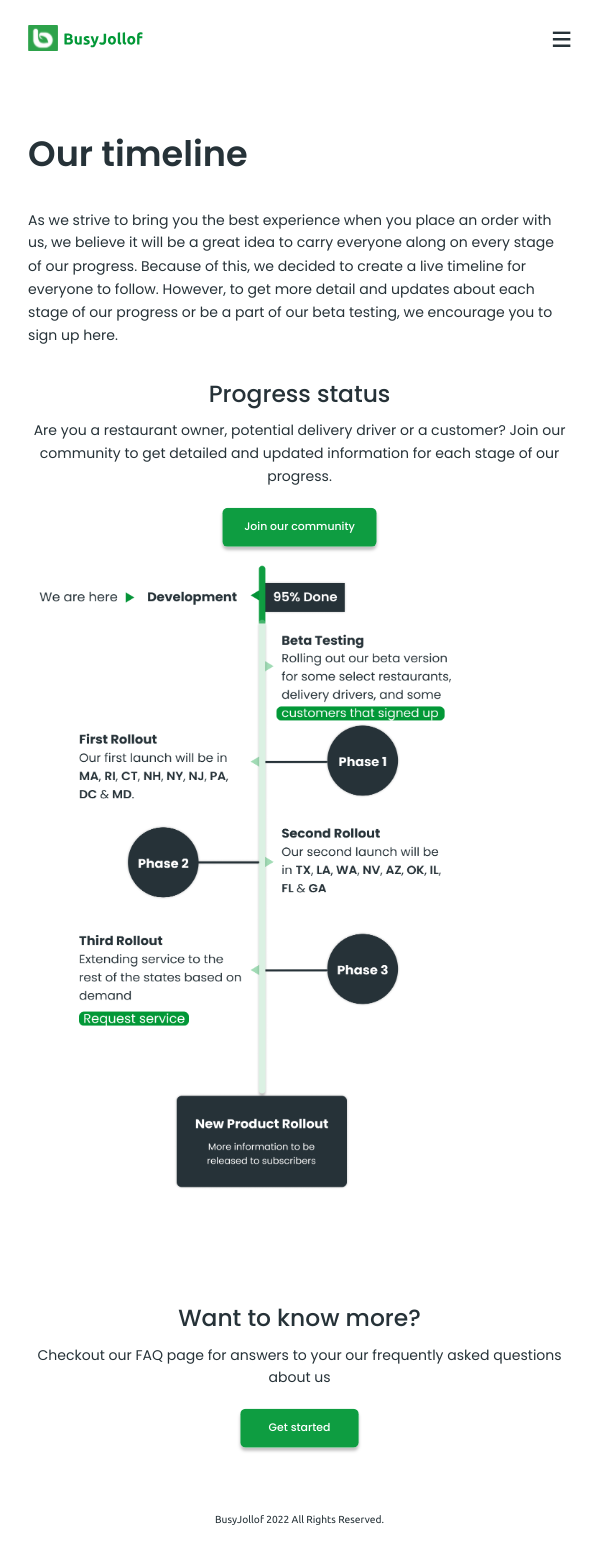
Repository: Busy-Jollof/bjuser-landing-page
Page: timeline.html
The author's editor kept a copy of each file at every save. The page is drawn from the files as they stood at one save, then again after the next save.
The browser window is 768 px wide. The pictures show the whole page, at 78% of full size.

Above is the page before, as saved 2023-02-05 18:35:45.

### timeline.html
<!DOCTYPE html>
<html lang="en">
  <head>
    <!-- Required meta tags -->
    <meta charset="utf-8" />
    <meta name="viewport" content="width=device-width, initial-scale=1" />

    <!-- Bootstrap CSS -->
    <link href="assets/css/bootstrap.min.css" rel="stylesheet" />
    <link href="assets/css/all.min.css" rel="stylesheet" />
    <link href="assets/css/fontawesome.css" rel="stylesheet" />
    <link href="assets/css/style.css" rel="stylesheet" />
    <link href="assets/css/responsive.css" rel="stylesheet" />

    <title>BusyJollof - Timeline</title>
  </head>

  <body>
    <!--------- Offcanvas area start --------->
    <div class="offcanvas-area">
      <div class="menu-close">
        <i class="far fa-times"></i>
      </div>
      <div class="offcanvas-menu">
        <div class="main-menu">
          <ul class="d-block">
            <li><a href="index.html">Home</a></li>
            <li><a href="about.html">About us</a></li>
            <li><a href="timeline.html" class="active">Our timeline</a></li>
            <li><a href="launch.html">Launch with us</a></li>
            <li><a href="contact.html">Contact us</a></li>
          </ul>
        </div>
      </div>
    </div>

    <div class="offcanvas-overlay"></div>
    <!--------- Offcanvas area end --------->

    <!--------- Header area start --------->
    <header class="header">
      <div class="container d-flex justify-content-between align-items-center">
        <div class="header__logo">
          <a href="index.html"><img src="assets/img/logo.svg" alt="" /></a>
        </div>
        <nav class="header__nav d-none d-lg-block">
          <ul class="m-0 p-0 d-flex align-items-center justify-content-end">
            <li><a href="index.html">Home</a></li>
            <li><a href="about.html">About us</a></li>
            <li><a href="timeline.html" class="active">Our timeline</a></li>
            <li><a href="launch.html">Launch with us</a></li>
            <li><a href="contact.html">Contact us</a></li>
          </ul>
        </nav>
        <!-- mobile-bar -->
        <div class="mobo-bar d-lg-none">
          <span class="bar">
            <img src="assets/img/bar.svg" alt="" />
          </span>
        </div>
        <!-- mobile-bar-end -->
      </div>
    </header>
    <!--------- Header area end --------->

    <!--------- Main area start --------->
    <main class="main">
      <!--------- Timeline area start --------->
      <section class="timeline--area content__area">
        <div class="container">
          <div class="content">
            <h3>Our timeline</h3>
            <p>
              As we strive to bring you the best experience when you place an
              order with us, we believe it will be a great idea to carry
              everyone along on every stage of our progress. Because of this, we
              decided to create a live timeline for everyone to follow. However,
              to get more detail and updates about each stage of our progress or
              be a part of our beta testing, we encourage you to sign up here.
            </p>
            <div class="content text-center pt-4">
              <h4>Progress status</h4>
              <div class="row justify-content-center">
                <div class="col-lg-9">
                  <p>
                    Are you a restaurant owner, potential delivery driver or a
                    customer? Join our community to get detailed and updated
                    information for each stage of our progress.
                  </p>
                </div>
              </div>
              <div class="content-btn">
                <a href="" class="common-btn">Join our community</a>
              </div>
            </div>

            <div class="timline-wrapper py-lg-5 py-4">
              <div
                class="
                  timeline-wrapp
                  d-flex
                  align-items-center
                  justify-content-center
                "
              >
                <img
                  src="assets/img/timeline-desktop2.png"
                  class="img-fluid d-none d-md-block"
                  alt=""
                />
                <img
                  src="assets/img/timeline-mobo.png"
                  class="img-fluid d-md-none"
                  alt=""
                />
              </div>
              <!-- timeline-item -->
              <!-- <div class="timeline-item">
                            <div class="timeline-content">
                                <p>First Rollout</p>
                                <p>Our first launch will be in <strong>MA, RI, CT, NH, NY, NJ, PA, DC & MD</strong>. <span class="mark">marktext</span> </p>
                            </div>
                            <div class="timeline-ind">
                                <span class="ind-line"></span>
                                <div class="ind-circle">
                                    Phase 1
                                </div>
                            </div>
                        </div> -->
              <!-- timeline-item-end -->
            </div>
          </div>
        </div>
      </section>
      <!--------- Timeline area end --------->

      <!--------- CTA area start --------->
      <section class="cta__area">
        <div class="container">
          <div class="content text-center">
            <h4>Want to know more?</h4>
            <p>
              Checkout our FAQ page for answers to your our frequently asked
              questions about us
            </p>
            <div class="content-btn">
              <a href="" class="common-btn"
                ><span class="px-2">Get started</span></a
              >
            </div>
          </div>
        </div>
      </section>
      <!--------- CTA area end --------->
    </main>
    <!--------- Main area end --------->

    <!--------- Footer area start --------->
    <footer class="footer">
      <div class="container">
        <div class="copyright">BusyJollof 2022 All Rights Reserved.</div>
      </div>
    </footer>
    <!--------- Footer area end --------->

    <script src="assets/js/jquery.min.js"></script>
    <script src="assets/js/bootstrap.min.js"></script>
    <script src="assets/js/popper.js"></script>
    <script src="assets/js/main.js"></script>
    <script></script>
  </body>
</html>

### assets/css/style.css
/* Base CSS */
@import url('https://fonts.googleapis.com/css2?family=Poppins:wght@300;400;500;600;700&family=Ubuntu:wght@300;400;500;700&display=swap');

.alignleft {
    float: left;
    margin-right: 15px;
}

.alignright {
    float: right;
    margin-left: 15px;
}

.aligncenter {
    display: block;
    margin: 0 auto 15px;
}

a:focus {
    outline: 0 solid
}

img {
    max-width: 100%;
    height: auto;
}

h1, h2, h3, h4, h5, h6 {
    margin: 0 0 15px;
    color: #263238;
    font-family: 'Ubuntu', sans-serif;
}

body {
    color: #263238;
    font-weight: 400;
    font-size: 18px;
    font-family: 'Poppins', sans-serif;
}

.selector-for-some-widget {
    box-sizing: content-box;
}

a:hover {
    text-decoration: none
}


/*---------------------- Header area start ----------------------*/

.menu-close {
    font-size: 22px;
    color: #3d424e;
    position: absolute;
    top: 18px;
    left: 19px;
    cursor: pointer;
    transition: .4s;
    display: none;
}

.menu-close:hover {
    color: #2AB66A;
}

.offcanvas-area {
    position: fixed;
    right: -100%;
    height: auto;
    width: 255px;
    background: #EBEBEB;
    z-index: 6;
    padding-top: 35px;
    -webkit-transition: .4s;
    transition: .4s;
    visibility: hidden;
    padding: 35px 35px 88px;
    border-radius: 4px;
}

.offcanvas-area.active {
    right: 0px;
    visibility: visible;
}

.offcanvas-area .main-menu ul li a {
    font-weight: 500;
    font-size: 15px;
    line-height: 22px;
    color: #263238;
    text-decoration: none;
    padding: 11px 0px;
    display: block;
}

.offcanvas-area .main-menu ul li a:hover, .offcanvas-area .main-menu ul li a[aria-expanded="true"] {
    color: #2AB66A;
}

.offcanvas-menu .main-menu ul {
    display: block;
    padding-left: 0;
    margin: 0;
    padding: 0;
    list-style: none;
}

.offcanvas-overlay {
    position: fixed;
    width: 100%;
    height: 100%;
    background-color: #000;
    opacity: 0;
    visibility: hidden;
    -webkit-transition: .4s;
    transition: .4s;
    z-index: 5;
}

.offcanvas-overlay.active {
    opacity: .9;
    visibility: visible;
}

.menu-open {
    font-size: 27px;
    color: #2AB66A;
    display: none;
    cursor: pointer;
    position: relative;
    top: 2px;
    margin-left: 20px;
    margin-right: 8px;
}

.offcanvas-menu .common-btn {
    font-size: 17px;
    padding: 9px 30px;
    border-radius: 12px;
}

.subb-menu {
    padding-left: 10px;
}

.offcanvas-area .main-menu .subb-menu a {
    font-size: 16px;
    margin: 0px;
    padding-left: 10px;
    margin-left: 26px;
    margin-bottom: 10px;
}

.offcanvas-area .main-menu .subb-menu a:last-child {
    margin-bottom: 20px;
}

.header {
    position: relative;
    padding: 32px 0;
    background: #fff;
    transition: .3s;
    z-index: 111;
}

.header__nav ul {
    list-style: none;
}

.header__nav ul li a {
    padding: 11px 20px;
    font-family: 'Poppins';
    font-style: normal;
    font-weight: 500;
    font-size: 14px;
    line-height: 1.13;
    text-align: center;
    transition: .3s;
    color: #000000;
    text-decoration: none;
    display: inline-block;
    margin-left: 12px;
    border-radius: 7px;
}

.header__nav ul li a.active {
    color: #fff !important;
    background: #029837f2;
}

.header__nav ul li a:hover {
    color: #029837f2;
}

/*---------------------- Header area end ----------------------*/


/*---------------------- Hero area start ----------------------*/
.hero__wrapper {
    background: #263238;
    box-shadow: 0px 4px 4px rgba(0, 0, 0, 0.25);
    border-radius: 7px;
    color: #fff;
    overflow: hidden;
}

.hero__thumb {
    height: 100%;
}

.hero__thumb img {
    width: 100%;
    height: 100%;
    object-fit: cover;
    border-radius: 0 7px 7px 0;
}

.hero__wrapper .col-lg-5 {
    max-width: 47%;
    width: 47%;
}

.hero__wrapper .col-lg-7 {
    max-width: 53%;
    width: 53%;
}

.hero__content {
    max-width: 504px;
    margin: 0 auto;
}

.hero__content__wrapper {
    height: 100%;
    display: flex;
    align-items: center;
    justify-content: center;
}

.hero__content h6 {
    font-family: 'Poppins';
    font-style: normal;
    font-weight: 500;
    font-size: 18px;
    line-height: 1.1;
    text-align: start;
    color: #FFFFFF;
    margin-bottom: 9px;
}

.hero__content h2 {
    font-style: normal;
    font-weight: 700;
    font-size: 65px;
    line-height: 1;
    color: #FFFFFF;
    text-shadow: 0px 4px 4px rgba(0, 0, 0, 0.25);
    margin-bottom: 12px;
}

.hero__content h3 {
    font-family: 'Poppins';
    font-style: normal;
    font-weight: 600;
    font-size: 32px;
    line-height: 1.1;
    color: #E6E6E6;
    margin-bottom: 10px;
}

.hero__content h6 span {
    margin-right: 5px;
    position: relative;
    top: -1px;
}

.text-green {
    color: #029837F2 !important;
}

.text-yellow {
    color: #FE8200 !important;
}

.hero__content h5 {
    font-family: 'Poppins';
    font-style: normal;
    font-weight: 500;
    font-size: 20px;
    line-height: 1.2;
    color: #FFFFFF;
    margin-bottom: 32px;
}

.hero__content p {
    font-family: 'Poppins';
    font-style: normal;
    font-weight: 500;
    font-size: 14px;
    line-height: 21px;
    color: #FFFFFF;
    margin-bottom: 26px;
}

.common-btn {
    font-family: 'Poppins';
    font-style: normal;
    font-weight: 500;
    font-size: 14px;
    line-height: 1.13;
    text-align: center;
    color: #FFFFFF;
    transition: .3s;
    text-decoration: none;
    background: rgba(2, 152, 55, 0.95);
    box-shadow: 0px 4px 4px rgba(0, 0, 0, 0.25);
    border-radius: 7px;
    display: inline-block;
    padding: 15px 26px;
    border: 2px solid transparent;
}
.common-btn.common-btn-lg{
    font-size: 18px;
    font-weight: 600;
    padding: 14px 50px;
}

.common-btn.btn-bordered {
    background: #FFFFFF;
    border: 2px solid #029837f2;
    box-shadow: 0px 4px 4px rgba(0, 0, 0, 0.25);
    border-radius: 7px;
    color: #029837f2;
}

.common-btn:hover {
    background: #263238;
    color: #fff;
}

.common-btn.btn-bordered:hover {
    background-color: #029837f2;
    color: #fff;
}

.hero__btns a {
    margin-right: 19px;
}

.common-btn.hover-white:hover {
    background-color: #fff;
    color: #263238;
}

/*---------------------- Hero area end ----------------------*/


/*---------------------- Working area start ----------------------*/
.working__area {
    padding: 110px 0;
}

.working__wrapper {
    background: radial-gradient(12.31% 45.25% at 53.44% 54.75%, rgba(2, 53, 20, 0.2) 7.81%, rgba(2, 152, 55, 0.138) 100%);
    box-shadow: 0px 0px 4px rgba(0, 0, 0, 0.25);
    border-radius: 7px;
    margin-left: 15px;
}

.working__content {
    max-width: 430px;
}

.common-content h4 {
    font-family: 'Poppins';
    font-style: normal;
    font-weight: 600;
    font-size: 23px;
    line-height: 1.1;
    color: #263238;
    margin-bottom: 10px;
}

.common-content p {
    font-weight: 500;
    font-size: 13px;
    line-height: 20px;
    color: #263238;
}

.common-content-btn {
    padding-top: 11px;
}

.common-btn.btn-dark {
    background: #263238;
}

.common-btn.btn-dark:hover {
    background: #039337;
    color: #fff;
    border-color: #039337;
}

.working__thumb {
    position: relative;
    z-index: 1;
    margin-top: -30px;
    margin-bottom: -30px;
    margin-left: -14px;
}

/*---------------------- Working area end ----------------------*/


/*---------------------- Launch area start ----------------------*/
.launch__wrapper {
    background: radial-gradient(53.47% 53.47% at 50.04% 46.53%, #263238 18.75%, rgba(38, 47, 56, 0.921026) 77.06%, rgba(38, 45, 56, 0.86) 100%);
    box-shadow: 0px 0px 4px rgba(0, 0, 0, 0.25);
    border-radius: 7px;
    padding: 72px 19px;
}

.launch__content {
    max-width: 520px;
    margin-left: auto;
    margin-right: 30px;
}

label.form-label{
    font-weight: 600;
    font-size: 18px;
    line-height: 27px;
    color: #263238;
}
label.form-label sup{
    color: #029837F2;
    top: 0px;
}

.fw-medium{
    font-weight: 500 !important;
}
input.form-control{
    border: 2px solid #029837F2;
    border-radius: 3px;
    box-shadow: none !important;
}
textarea.form-control{
    border: 2px solid #029837F2;
    border-radius: 3px;
    box-shadow: none !important;
    resize: none;
}
textarea.form-control:focus{
    border-color: #029837F2;
}
input.form-control:focus{
    border-color: #029837F2;
}
.check-item input{
    display: none;
}
.check-item input:checked ~ label span.check-ind{
    background: #029837;
}
.check-item label{
    display: flex;
    align-items: center;
    cursor: pointer;
}
.check-item label span.check-ind{
    flex: 0 0 auto;
    width: 15px;
    height: 15px;
    background: #FFFFFF;
    border: 2px solid rgba(2, 152, 55, 0.95);
    border-radius: 4px;
    margin-right: 10px;
    position: relative;
}
.check-item label span.check-ind::after
.check-item label span.check-text{
    font-weight: 500;
    font-size: 15px;
    line-height: 22px;
}
.check-item label span.check-text sup img{
    max-width: 100%;
}




.launch__form p{
    font-size: 15px !important;
}
.launch__form p.small {
    font-size: 12px !important;
    line-height: 18px;
}
.launch__form h5{
    font-weight: 600;
    font-size: 20px;
    line-height: 30px;
}
.launch__form h5 sup{
    color: #029837F2;
}
.launch__form{
    margin-bottom: 60px;
}





/*---------------------- Launch area end ----------------------*/


/*---------------------- Newsletter area start ----------------------*/
.newsletter__wrapper {
    background: #029837;
    box-shadow: 0px 4px 4px rgba(0, 0, 0, 0.25);
    border-radius: 7px;
    padding: 60px 20px;
    text-align: center;
    max-width: 690px;
    margin: 0 auto;
}

.newsletter__area {
    padding-top: 80px;
    padding-bottom: 60px;
}

.newsletter__box {
    max-width: 405px;
    margin: 0 auto;
}

.newsletter__box h5 {
    font-weight: 500;
    font-size: 18px;
    line-height: 1.1;
    text-align: center;
    color: #FFFFFF;
    margin-bottom: 10px;
}

.newsletter__box p {
    font-weight: 400;
    font-size: 13px;
    line-height: 1.6;
    text-align: center;
    color: #FFFFFF;
    margin-bottom: 22px;
}

.newsletter__form {
    max-width: 332px;
    margin: 0 auto;
    display: flex;
    align-items: center;
    justify-content: center;
}

.newsletter__form input {
    background: #DADADA;
    border-radius: 7px 0px 0px 7px;
    padding: 5px 15px;
    border: 0;
    outline: none;
    height: 42px;
    width: 100%;
    font-style: normal;
    font-weight: 400;
    font-size: 12px;
    line-height: 15px;
}

.newsletter__form .common-btn {
    font-weight: 500;
    font-size: 11px;
    line-height: 15px;
    height: 42px;
    border-radius: 0 5px 5px 0;
    padding: 0;
    width: 100px;
    border: 1px solid #263238 !important;
}

.newsletter__form .common-btn:hover {
    background: #dadada;
    color: #000;
}

/*---------------------- Newsletter area end ----------------------*/


/*---------------------- Content area start ----------------------*/
.content__area {
    padding: 75px 0;
}

.content h3 {
    font-family: 'Poppins';
    font-style: normal;
    font-weight: 600;
    font-size: 45px;
    line-height: 1.1;
    color: #263238;
    margin-bottom: 44px;
}

.content p {
    font-family: 'Poppins';
    font-style: normal;
    font-weight: 400;
    font-size: 18px;
    line-height: 1.65;
    color: #263238;
    margin-bottom: 20px;

    @media (max-width: 991px) {

    }
}

.about--area::after {
    clip-path: polygon(76% 0, 100% 66%, 68% 100%, 0 100%, 0 41%);
    position: absolute;
    bottom: 50px;
    left: 0;
    width: 100%;
    height: calc(100% - 120px);
    content: '';
    z-index: -1;
    background: rgba(2, 152, 55, 0.07);
    border-radius: 20px;
}

.about--area {
    position: relative;
    z-index: 1;
}

.content h4 {
    font-family: 'Poppins';
    font-style: normal;
    font-weight: 500;
    font-size: 30px;
    line-height: 1.1;
}

.content-btn {
    padding-top: 5px;
}

.cta__area {
    padding-top: 50px;
    padding-bottom: 140px;
}

.launch-icon {
    position: relative;
    max-width: 149px;
    margin-left: -75px;
    display: inline-block;
    top: -35px;
    height: 0;
    z-index: -1;
}

.faq__item h5 {
    font-family: 'Poppins';
    font-style: normal;
    font-weight: 700;
    font-size: 18px;
    line-height: 1.2;
    color: rgba(2, 152, 55, 0.95);
    margin-bottom: 10px;
}

.faq__item {
    padding-bottom: 15px;
}

.faq__item h5 span {
    color: #263238;
}

/*---------------------- Content area end ----------------------*/


/*---------------------- constat area start ----------------------*/
.contact-padding{
    padding: 40px 0px 150px;
}
.contact__wrapper h2{
    font-size: 45px;
    margin-bottom: 20px;
    font-family: 'Poppins';
    font-weight: 600;
}
.contact__wrapper p{
    font-size: 16px;
    font-weight: 500;
    margin-bottom: 20px;
}
.contact__form label.form-label{
    margin-bottom: 3px;
    font-size: 16px;

}
.contact__form .check-item label span.check-text{
    font-size: 15px;
    font-weight: 500;
}
.contact-inner {
    background-size: 64%;
    background-repeat: no-repeat;
    background-position: 113% 90px;
}
.contact-inner p.small{
    font-size: 12px;
    font-weight: 500;
}


/*---------------------- constat area end ----------------------*/





/*---------------------- Footer area start ----------------------*/
.footer {
    padding-bottom: 45px;
}

.copyright {

    font-family: 'Ubuntu';
    font-style: normal;
    font-weight: 400;
    font-size: 13.1125px;
    line-height: 14px;
    text-align: center;

    color: #263238;
}

/*---------------------- Footer area end ----------------------*/





/* -------------------------- timeline-start ------------------------------ */

.timline-wrapper{

}

.timeline-item{
    max-width: 500px;
    margin: 0 auto;
    display: flex;
    align-items: center;
}

.timeline-content{
    flex: 0 0 auto;
    width: 50%;
}
.timeline-ind{
    flex: 0 0 auto;
    width: 50%;
}


/* -------------------------- timeline-end ------------------------------ */

### assets/css/responsive.css
/* Normal desktop :1499px. */
@media (max-width: 1499px) {
}

/* Normal desktop :1399px. */
@media (max-width: 1399px) {
}

/* Normal desktop :1199px. */
@media (max-width: 1199px) {
  .hero__content {
    max-width: 504px;
    margin: 0 auto;
    padding: 15px 20px;
  }
}

/* Normal Tablate :991px. */
@media (max-width: 991px) {
  .hero__content {
    padding: 36px 20px;
  }
  .hero__content h2 {
    font-size: 40px;
  }
  .hero__content h3 {
    font-size: 22px;
  }
  .hero__content h6 {
    font-size: 14px;
  }
  .hero__content h6 span img {
    max-width: 20px;
  }
  .hero__wrapper .col-lg-5 {
    max-width: 40%;
    width: 40%;
  }
  .hero__wrapper .col-lg-7 {
    max-width: 60%;
    width: 60%;
  }

  .cta__area {
    padding-top: 50px;
    padding-bottom: 85px;
  }
  .contact-inner {
    background-image: none !important;
  }
  .contact-img {
    text-align: center;
  }
  .contact-img img {
    max-width: 415px;
    margin: 0 auto;
    margin-left: -100px;
  }

  .content p {
    /*color: red;
    font-size: 15px;
  }
}

/* small mobile :320px. */
@media (max-width: 767px) {
  .hero__wrapper .col-lg-7 {
    max-width: 100%;
    width: 100%;
  }
  .hero__wrapper .col-lg-5 {
    width: 40%;
    display: none;
  }
  .hero__content {
    padding: 99px 25px 80px;
  }
  .hero__wrapper {
    border-radius: 0px;
  }
  section.hero__area .container {
    padding: 0px 0px;
  }

  .hero__content h6 {
    font-size: 18px;
  }
  .hero__content h2 {
    font-size: 45px;
  }
  .hero__content h3 {
    font-size: 25px;
  }
  .hero__btns a {
    margin-right: 6px;
  }
  .working__area {
    padding: 0px;
  }
  section.working__area .container {
    padding: 0px;
  }
  .working__content {
    max-width: 100%;
    width: 100%;
  }
  .working__wrapper {
    border-radius: 0px;
    margin-left: 0px;
    background: #fff;
    box-shadow: none;
  }
  .working__thumb {
    max-width: 350px;
    margin: 0 auto;
    top: -40px;
  }
  .working__content {
    max-width: 100%;
    width: 100%;
    padding: 49px 30px 75px 30px;
    background: radial-gradient(
      42% 44.11% at 50% 50.14%,
      rgba(38, 50, 56, 0.2) 0%,
      rgba(2, 152, 55, 0.2) 83.85%
    );
  }
  section.launch__area .container {
    padding: 0px;
  }
  .launch__wrapper {
    background: radial-gradient(
      49.86% 49.86% at 52.78% 44.14%,
      rgba(38, 45, 56, 0.86) 0%,
      #263238 100%
    );
    box-shadow: 0px 0px 4px rgba(0, 0, 0, 0.25);
    border-radius: 0px;
    padding: 59px 36px 70px;
  }
  .launch__thumb {
    margin-bottom: 52px;
  }
  .newsletter__area {
    padding-top: 0px;
    padding-bottom: 40px;
  }
  section.newsletter__area .container {
    padding: 0px;
  }
  .newsletter__wrapper {
    border-radius: 0px;
  }
  .footer {
    padding-bottom: 34px;
  }
  .header {
    padding: 12px 0;
  }
  .content h3 {
    font-size: 27px;
    margin-bottom: 30px;
  }
  .content p {
    font-size: 14px;
    line-height: 21px;
    margin-bottom: 15px;
  }
  .content h4 {
    font-size: 20px;
  }
  .launch-icon {
    max-width: 66px;
    margin-left: -26px;
    top: -13px;
  }
  label.form-label {
    font-size: 16px;
    line-height: 20px;
    margin-bottom: 4px;
  }
  .launch__form p {
    font-size: 11px !important;
  }
  input.form-control.w-25 {
    width: 50% !important;
  }
  .launch__form h5 {
    font-size: 16px;
  }
  .check-item label span.check-text {
    font-size: 14px !important;
  }
  .launch__form {
    margin-bottom: 30px;
  }
  .faq__item h5 {
    font-size: 16px;
  }
  .contact-img img {
    max-width: 100%;
    margin: 0 auto;
    margin-left: -63px;
  }
  .contact__wrapper h2 {
    font-size: 27px;
    margin-bottom: 15px;
  }
  .contact__wrapper p {
    font-size: 14px;
    font-weight: 400;
    margin-bottom: 20px;
  }

  .contact-padding {
    padding: 40px 0px 50px;
  }
}

/* Large Mobile :480px. */
@media only screen and (min-width: 480px) and (max-width: 767px) {
  .container {
    width: 450px;
  }
}

Loaded but not shown: assets/css/bootstrap.min.css (library); assets/css/all.min.css (library); assets/css/fontawesome.css (library); assets/js/jquery.min.js (library); assets/js/bootstrap.min.js (library); assets/js/popper.js (library); assets/js/main.js (77 lines, source omitted)

After the next save:
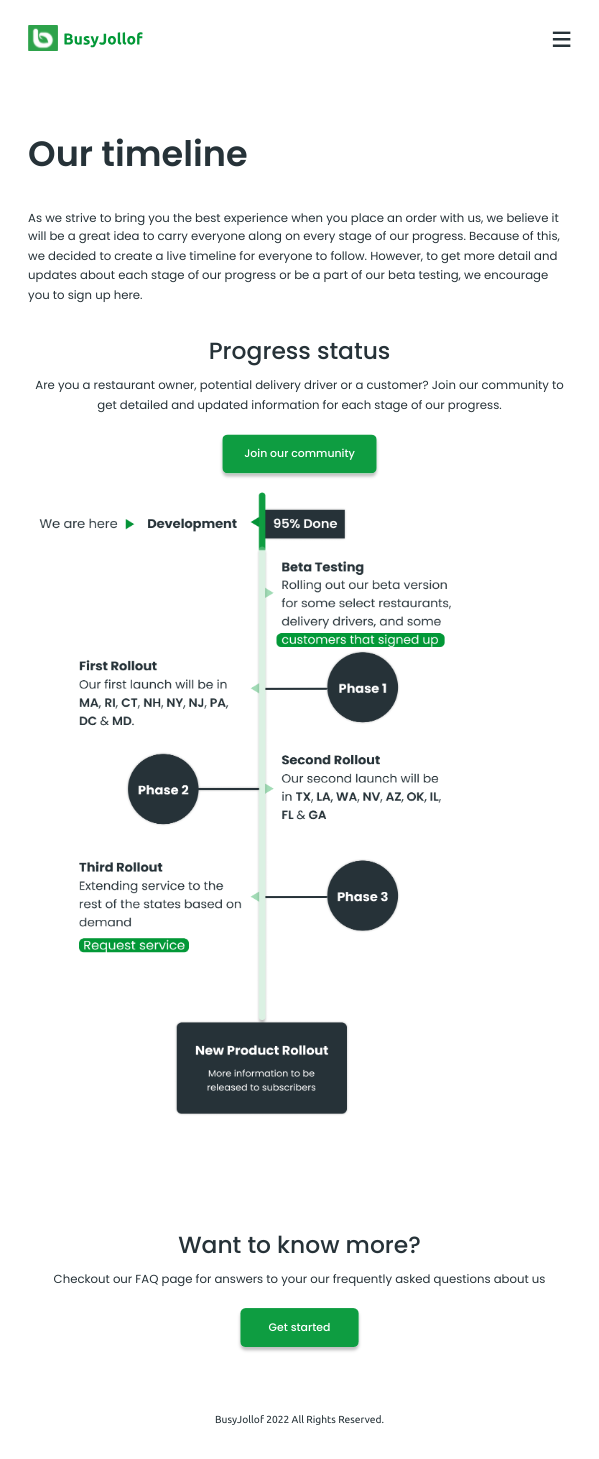
Saved 5 s later.
--- a/assets/css/responsive.css
+++ b/assets/css/responsive.css
@@ -58,7 +58,7 @@
   }
 
   .content p {
-    /*color: red;
+    /*color: red;*/
     font-size: 15px;
   }
 }
